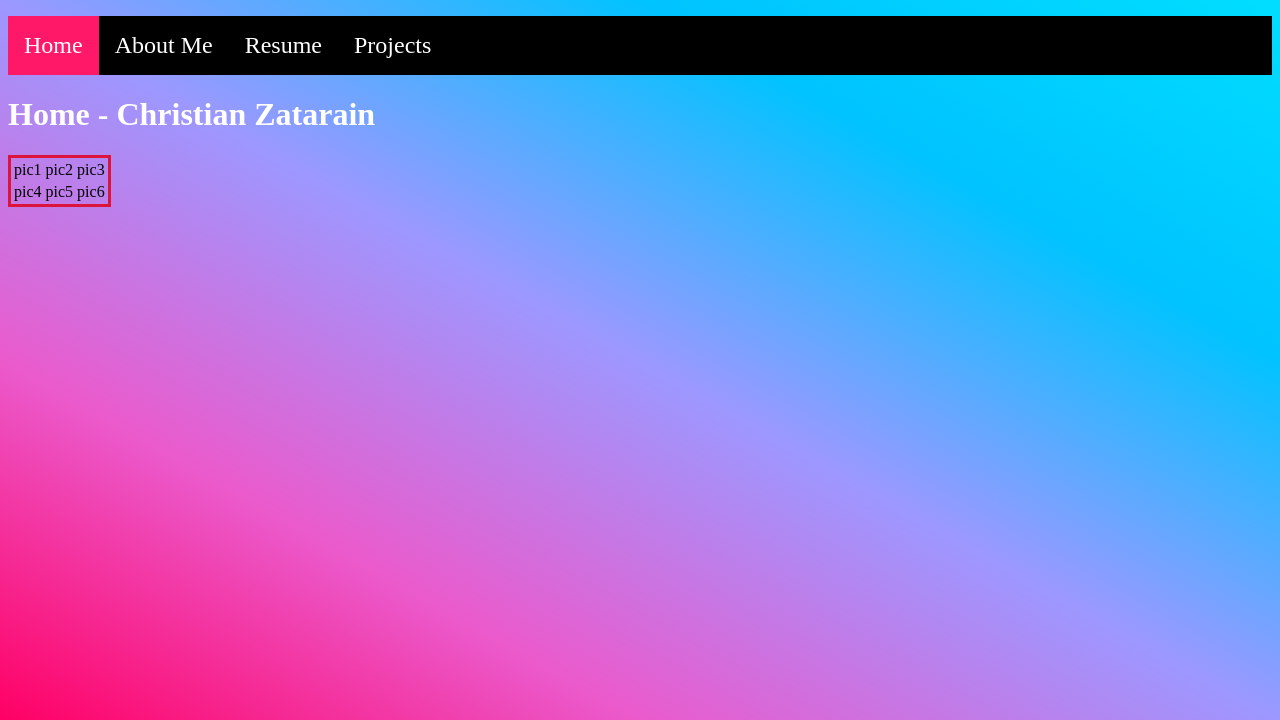
Repository: Zatarain10/Zatarain10.github.io
Page: index.html
The author's editor kept a record of every edit. The page is drawn from the files as they stood at one moment, then again after the next edit.
The browser window is 1280 px wide. The pictures show the whole page.

Above is the page before.

### index.html
<!DOCTYPE html>
<html>
    <head>
    <title>Home</title>
    <link rel="stylesheet" type="text/css" href="style.css">

    </head>
    <body>
        <ul class="navbar">
            <li class="active"><a href="/index.html">Home</a></li>
            <li><a href="aboutme.html">About Me</a></li>
            <li><a href="resume.html">Resume</a></li>
            <li class="dropdown">
                <div>Projects</div>
                <ul class="dropdown-content">
                    <li><a href="project1.html">Project 1</a></li>
                    <li><a href="project2.html">Project 2</a></li>
                    <li><a href="project3.html">Project 3</a></li>
                </ul>
            </li>
        </ul>

        <h1 style="color:white">Home - Christian Zatarain</h1>

        <table>
            <tr>
                <td>pic1</th>
                <td>pic2</th>
                <td>pic3</td>
            </tr>
            <tr>
                <td>pic4</td>
                <td>pic5</td>
                <td>pic6</td>
            </tr>
        </table>

    </body>
</html>

### style.css
        .navbar{
            list-style:none;
            background-color: black;
            overflow:hidden;
            padding:0;
        }

        .navbar a, .dropdown div{
            text-decoration:none;
            color: white;
            font-size: 24px;
            padding: 16px;
            display:inline-block;
        }

        .navbar li{
            float:left;
        }

        .navbar li:hover{
            background-color:Cyan;
        }

        .dropdown-content{
            list-style:none;
            padding: 0;
            display:none;
            position:absolute;
            z-index:1;
            background-color: black;
        }

        .dropdown-content li{
            float:none;
        }

        .dropdown:hover .dropdown-content{
            display:block;
        }

        .active{
            background-color: #ff1768;
        }

        html{
            height: 100%;
        }

        body{
            background: linear-gradient(to right top, #ff0064, #eb5acc, #9c98ff, #00c3ff, #00deff);
        }

        table{
            border: 3px solid crimson;
        }

After the next edit:
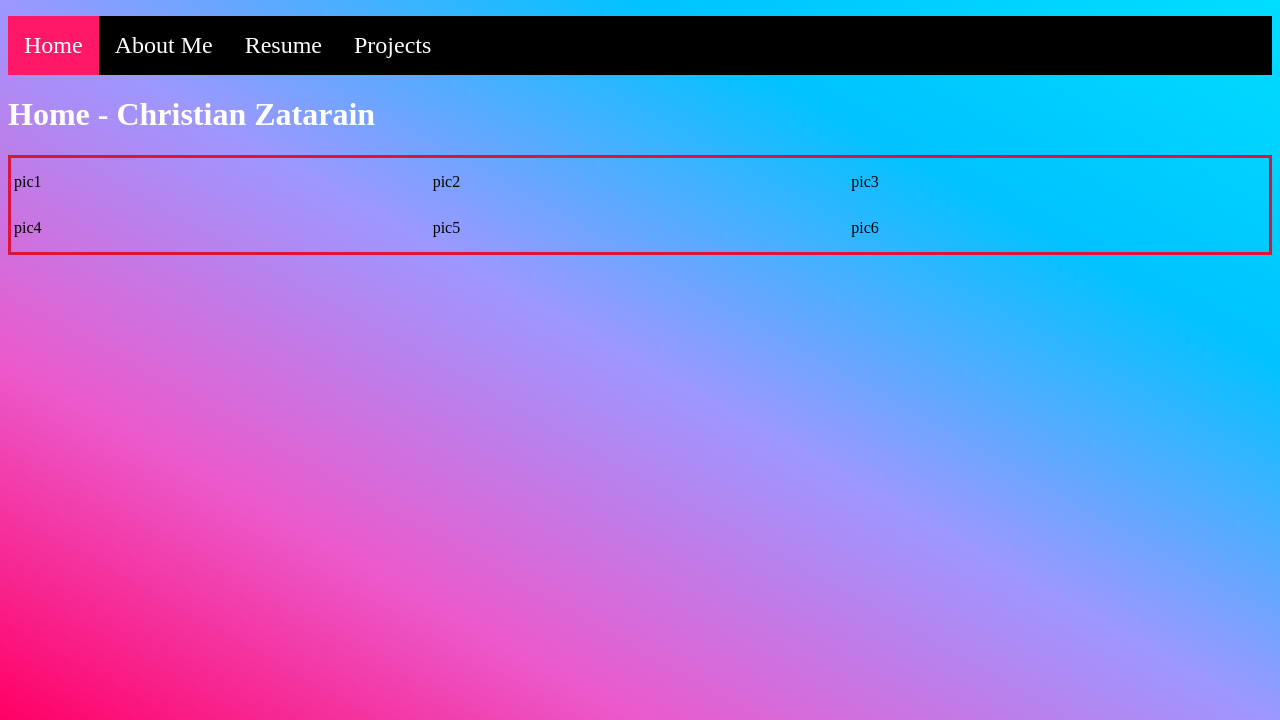
The edit:
--- a/index.html
+++ b/index.html
@@ -22,7 +22,7 @@
 
         <h1 style="color:white">Home - Christian Zatarain</h1>
 
-        <table>
+        <table width= 100%; height=100px;>
             <tr>
                 <td>pic1</th>
                 <td>pic2</th>
